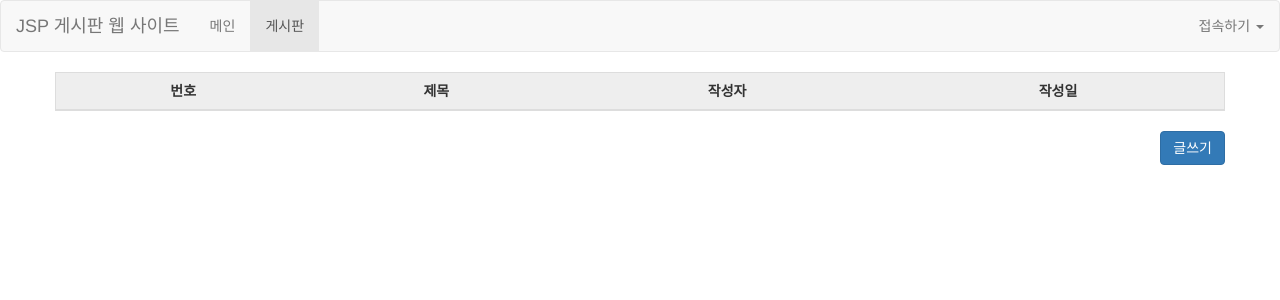
Repository: TheChok/BbsClone
Page: http://localhost/BBS/bbs.jsp
The author's editor kept a copy of each file at every save. The page is drawn from the files as they stood at one save, then again after the next save.
The browser window is 1280 px wide. The pictures show the whole page.
Some web fonts or font styles are not loaded; a fallback is used. Some web libraries are served in a nearby version. The page is served by Tomcat 9. Queries for data that is not in the repository find no rows.

Above is the page before, as saved 2023-09-21 18:41:59.

After the next save:
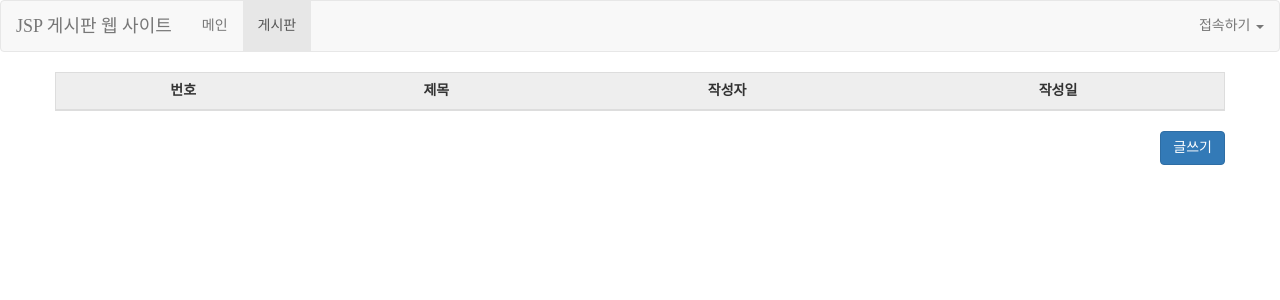
Saved 102 s later.
--- a/BBS/src/main/webapp/bbs.jsp
+++ b/BBS/src/main/webapp/bbs.jsp
@@ -10,6 +10,7 @@
 	<meta http-equiv="Content-Type" content="text/html; charset=UTF-8">
 	<meta name="viewport" content="width=device-width", initial-scale="1">
 	<link rel="stylesheet" href="css/bootstrap.css">
+	<link rel="stylesheet" href="css/custom.css">
 	<title>JSP 게시판 웹 사이트</title>
 	<style type="text/css">
 		a, a:hover {
